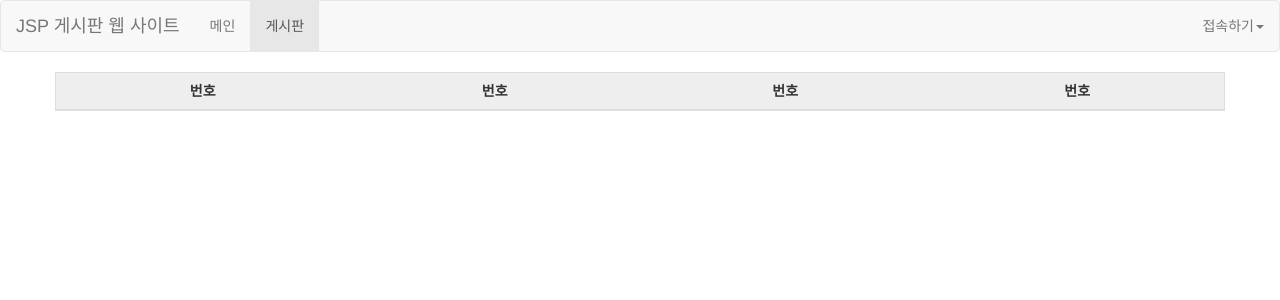
Repository: flown222/JSP_BasicWebsite_Project
Page: http://localhost/BBS/bbs.jsp
These files come from the project's save history. The page is drawn as it stood at one moment and after the next save; the edit follows.
The browser window is 1280 px wide. The pictures show the whole page.
The page is served by Tomcat 9. Other server files are loaded and not shown.

Above is the page before, as saved 2022-08-21 06:37:38.

### projects /BBS/src/main/webapp/bbs.jsp
<%@ page language="java" contentType="text/html; charset=UTF-8"
    pageEncoding="UTF-8"%>
<%@ page import="java.io.PrintWriter"%>
<!DOCTYPE html>
<html>
<head>
<meta http-equiv="Content-Type" content="text/html; charset=UTF-8">
<meta name="viewport" content="width=device-width" , initial-scale="1">
<link rel="stylesheet" href="css/bootstrap.css">

<title>JSP 로그인 웹 사이트</title>
</head>
<body>
	<%
		String userID = null;
		if(session.getAttribute("userID") != null){
			userID = (String) session.getAttribute("userID");
		}
	%>
	<nav class="navbar navbar-default ">
		<div class="navbar-header">
			<button type="button" class="navbar-toggle collapsed"
			data-toggle="collapse" data-target="#bs-example-navbar-collapse-1"
			aria-expanded="false">
				<span class="icon-bar"></span>
				<span class="icon-bar"></span>
				<span class="icon-bar"></span>
			</button>

			<a class="navbar-brand" href="main.jsp">JSP 게시판 웹 사이트</a>
		</div>
       <div class="collapse navbar-collapse" id="bs-example-navbar-collapse-1"
       				aria-expanded="false">
           <ul class="nav navbar-nav">
                   <li><a href="main.jsp">메인</a></li>
                   <li class="active"><a href="bbs.jsp">게시판</a></li>
           </ul>
           <%
           		if(userID == null){ //로그인 또는 회원가입을 통해 접속을 하지 않을 상태일때.
           %>
			<ul class="nav navbar-nav navbar-right">
				<li class="dropdown">
					<a href="#" class="dropdown-toggle"
                     data-toggle="dropdown" role="button" aria-haspopup="true"
                     aria-expanded="false">접속하기<span class="caret"></span></a>
                     <ul class="dropdown-menu">
                     	<li><a href="login.jsp">로그인</a></li>
                     	<li><a href="join.jsp">회원가입</a></li>
                     </ul>
				</li>
			</ul>
			<%
           		} else{//로그인 또는 회원가입을 통해 접속을 했을때.
           	%>
           	<ul class="nav navbar-nav navbar-right">
				<li class="dropdown">
					<a href="#" class="dropdown-toggle"
                     data-toggle="dropdown" role="button" aria-haspopup="true"
                     aria-expanded="false">회원관리<span class="caret"></span></a>
                     <ul class="dropdown-menu">
                     	<li><a href="logoutAction.jsp">로그아웃</a></li>
                     </ul>
				</li>
			</ul>
           	<%
           		}
            %>

		</div>
	</nav>
	<div class="container">
		<div class="row">
			<table class="table table-striped" style="text-align : center; border: 1px solid #dddddd">
				<thead>
					<tr>
						<th style="background-color: #eeeeee; text-align: center;">번호</th>
						<th style="background-color: #eeeeee; text-align: center;">번호</th>
						<th style="background-color: #eeeeee; text-align: center;">번호</th>
						<th style="background-color: #eeeeee; text-align: center;">번호</th>
					</tr>
				</thead>
			</table>
		</div>
	</div>
	<script src="https://code.jquery.com/jquery-3.3.1.min.js"></script>
	<script src="js/bootstrap.js"></script>
</body>
</html>

Loaded but not shown: projects /BBS/src/main/webapp/css/bootstrap.css (library); projects /BBS/src/main/webapp/js/bootstrap.js (library)

After the next save:
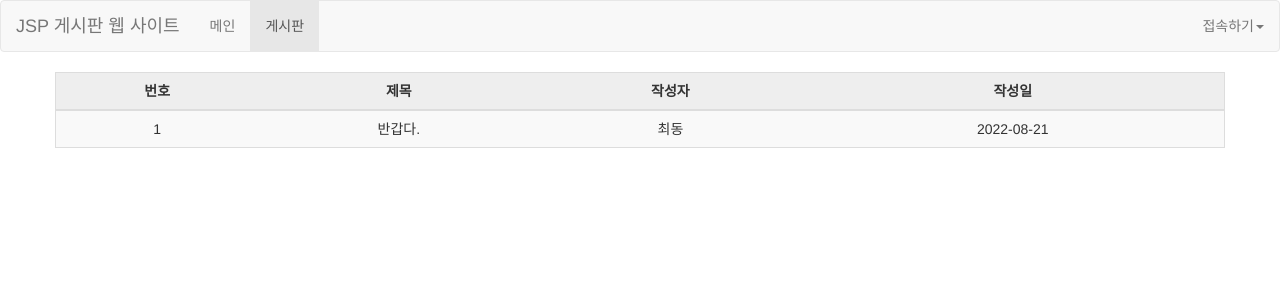
Saved 116 s later.
--- a/projects /BBS/src/main/webapp/bbs.jsp
+++ b/projects /BBS/src/main/webapp/bbs.jsp
@@ -74,11 +74,19 @@
 				<thead>
 					<tr>
 						<th style="background-color: #eeeeee; text-align: center;">번호</th>
-						<th style="background-color: #eeeeee; text-align: center;">번호</th>
-						<th style="background-color: #eeeeee; text-align: center;">번호</th>
-						<th style="background-color: #eeeeee; text-align: center;">번호</th>
+						<th style="background-color: #eeeeee; text-align: center;">제목</th>
+						<th style="background-color: #eeeeee; text-align: center;">작성자</th>
+						<th style="background-color: #eeeeee; text-align: center;">작성일</th>
 					</tr>
 				</thead>
+				<tbody>
+					<tr>
+						<td>1</td>
+						<td>반갑다.</td>
+						<td>최동</td>
+						<td>2022-08-21</td>
+					</tr>
+				</tbody>
 			</table>
 		</div>
 	</div>
